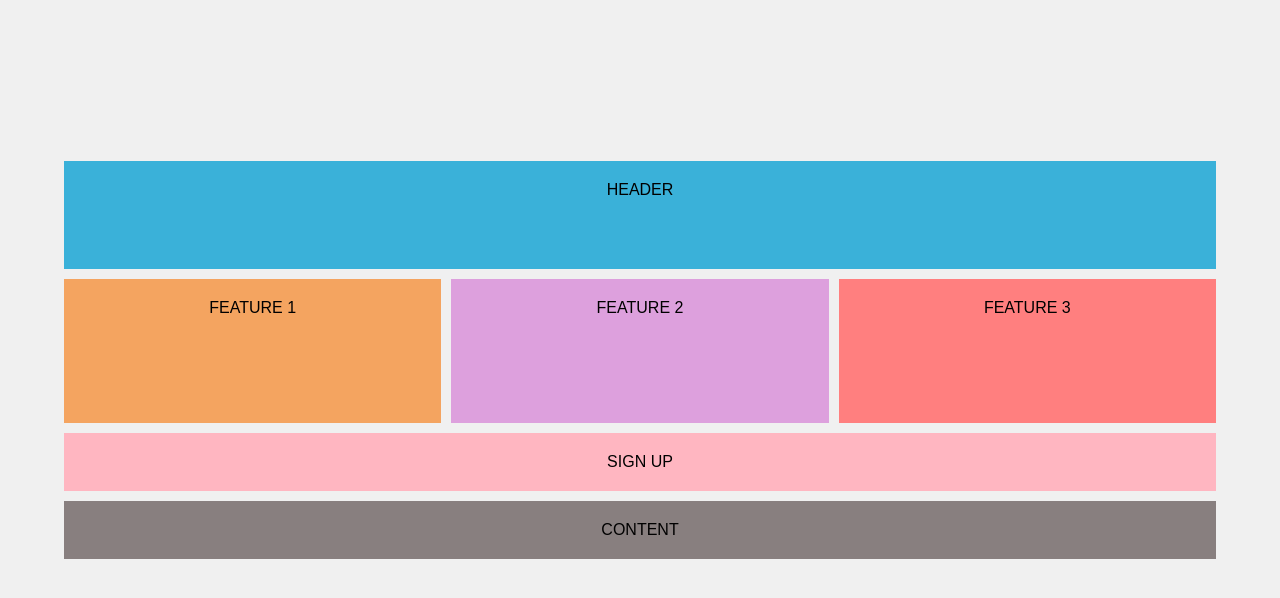
Repository: viveknaidu007/repo-152-FSD-InnomaticsTasksSep2024
Page: task_3/index.html
The author's editor kept a copy of each file at every save. The page is drawn from the files as they stood at one save, then again after the next save.
The browser window is 1280 px wide. The pictures show the whole page.

Above is the page before, as saved 2024-10-02 11:34:46.

After the next save:
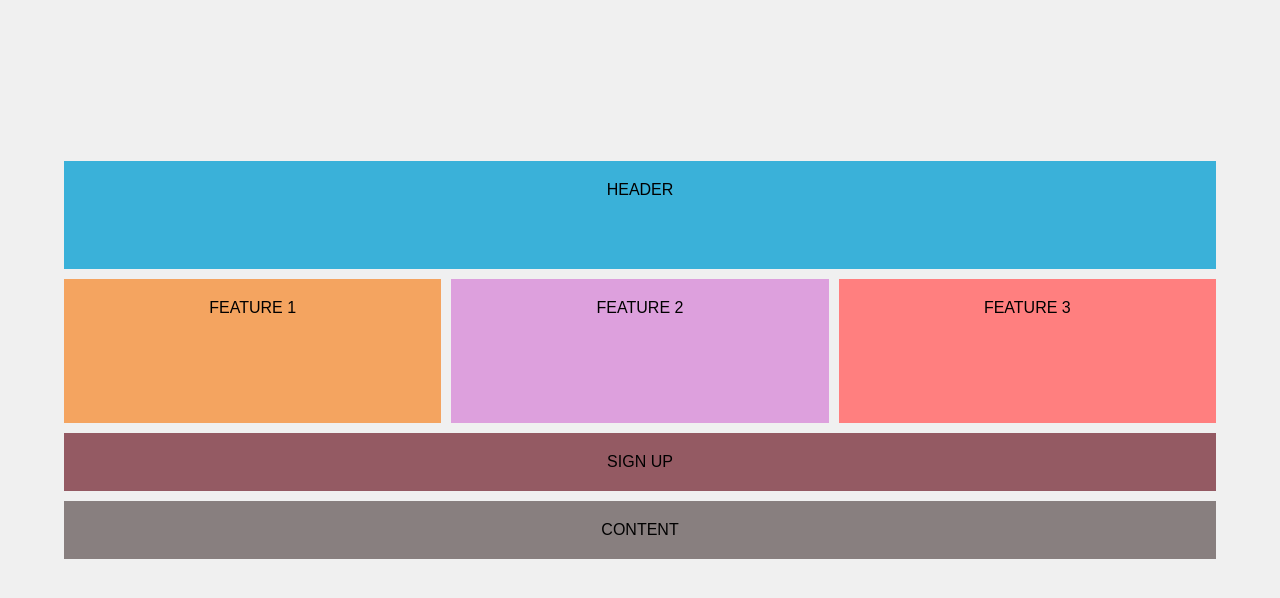
Saved 7 s later.
--- a/task_3/styles.css
+++ b/task_3/styles.css
@@ -48,7 +48,7 @@
 
   .signup {
     grid-area: signup;
-    background-color: #ffb6c1;
+    background-color: #945a63;
     text-align: center;
     padding: 20px;
   }
